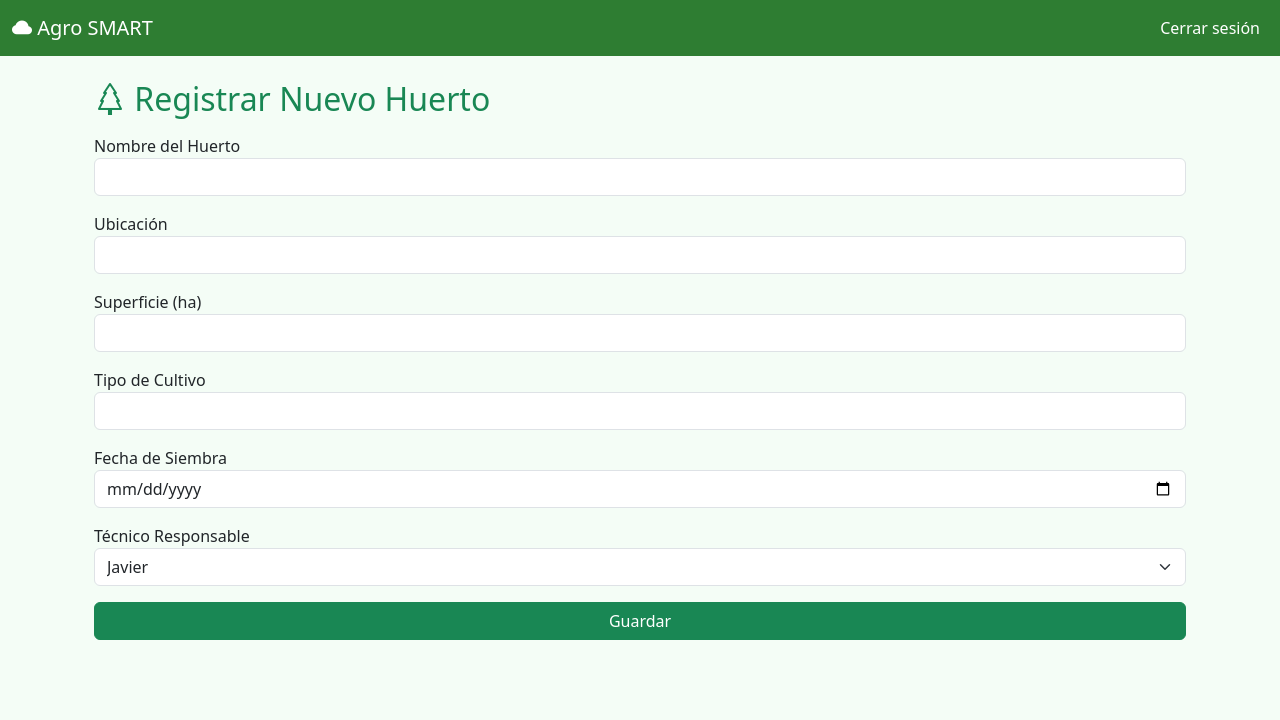
Repository: eikos4/Agrodeskv3
Page: http://localhost/crear_huerto
The author's editor kept a copy of each file at every save. The page is drawn from the files as they stood at one save, then again after the next save.
The browser window is 1280 px wide. The pictures show the whole page.
The page is served by the project's application, run on Flask 3 (app/__init__.py). The user the application loads for id 1 is signed in. The page reads the database file committed with the project.

Above is the page before, as saved 2025-04-17 00:45:07.

After the next save:
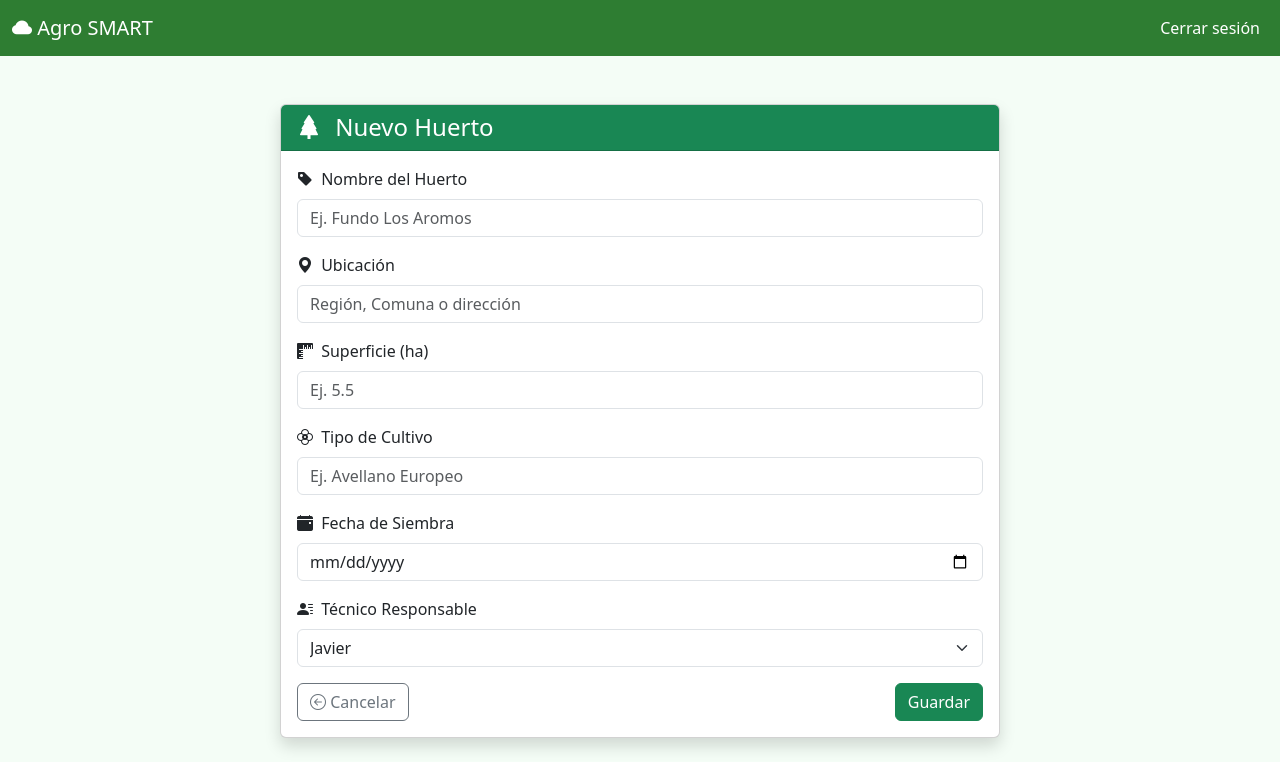
Saved 13 min 30 s later.
--- a/app/templates/huerto_form.html
+++ b/app/templates/huerto_form.html
@@ -1,23 +1,60 @@
 {% extends "base.html" %}
-{% block title %}Nuevo Huerto{% endblock %}
+{% block title %}Registrar Huerto{% endblock %}
 
 {% block content %}
-<div class="container mt-4">
-  <h2 class="text-success mb-3"><i class="bi bi-tree"></i> Registrar Nuevo Huerto</h2>
+<div class="container py-4">
+  <div class="row justify-content-center">
+    <div class="col-lg-8">
 
-  <form method="POST">
-    {{ form.hidden_tag() }}
+      <div class="card shadow">
+        <div class="card-header bg-success text-white">
+          <h4 class="mb-0"><i class="bi bi-tree-fill me-2"></i> Nuevo Huerto</h4>
+        </div>
+        <div class="card-body">
+          <form method="POST">
+            {{ form.hidden_tag() }}
 
-    <div class="mb-3">{{ form.nombre.label }} {{ form.nombre(class="form-control") }}</div>
-    <div class="mb-3">{{ form.ubicacion.label }} {{ form.ubicacion(class="form-control") }}</div>
-    <div class="mb-3">{{ form.superficie_ha.label }} {{ form.superficie_ha(class="form-control") }}</div>
-    <div class="mb-3">{{ form.tipo_cultivo.label }} {{ form.tipo_cultivo(class="form-control") }}</div>
-    <div class="mb-3">{{ form.fecha_siembra.label }} {{ form.fecha_siembra(class="form-control") }}</div>
-    <div class="mb-3">{{ form.responsable_id.label }} {{ form.responsable_id(class="form-select") }}</div>
+            <div class="mb-3">
+              <label class="form-label"><i class="bi bi-tag-fill me-1"></i> {{ form.nombre.label.text }}</label>
+              {{ form.nombre(class="form-control", placeholder="Ej. Fundo Los Aromos") }}
+            </div>
 
-    <div class="d-grid">
-      {{ form.submit(class="btn btn-success") }}
+            <div class="mb-3">
+              <label class="form-label"><i class="bi bi-geo-alt-fill me-1"></i> {{ form.ubicacion.label.text }}</label>
+              {{ form.ubicacion(class="form-control", placeholder="Región, Comuna o dirección") }}
+            </div>
+
+            <div class="mb-3">
+              <label class="form-label"><i class="bi bi-rulers me-1"></i> {{ form.superficie_ha.label.text }}</label>
+              {{ form.superficie_ha(class="form-control", placeholder="Ej. 5.5") }}
+            </div>
+
+            <div class="mb-3">
+              <label class="form-label"><i class="bi bi-flower2 me-1"></i> {{ form.tipo_cultivo.label.text }}</label>
+              {{ form.tipo_cultivo(class="form-control", placeholder="Ej. Avellano Europeo") }}
+            </div>
+
+            <div class="mb-3">
+              <label class="form-label"><i class="bi bi-calendar-event-fill me-1"></i> {{ form.fecha_siembra.label.text }}</label>
+              {{ form.fecha_siembra(class="form-control") }}
+            </div>
+
+            <div class="mb-3">
+              <label class="form-label"><i class="bi bi-person-lines-fill me-1"></i> {{ form.responsable_id.label.text }}</label>
+              {{ form.responsable_id(class="form-select") }}
+            </div>
+
+            <div class="d-flex justify-content-between">
+              <a href="{{ url_for('admin.admin_dashboard') }}" class="btn btn-outline-secondary">
+                <i class="bi bi-arrow-left-circle"></i> Cancelar
+              </a>
+              {{ form.submit(class="btn btn-success") }}
+            </div>
+          </form>
+        </div>
+      </div>
+
     </div>
-  </form>
+  </div>
 </div>
 {% endblock %}
